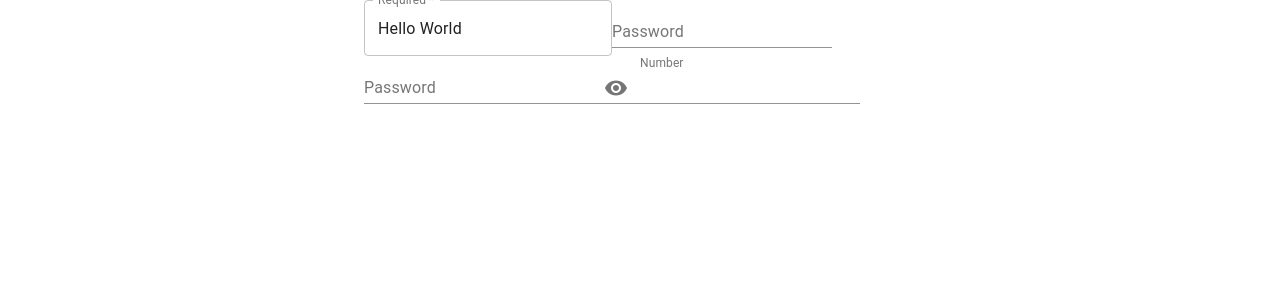
Repository: 0101chaitanya/html-forms
Page: /
These files come from the project's save history. The page is drawn as it stood at one moment and after a run of saves; the edit follows.
The browser window is 1280 px wide. The pictures show the whole page.
The project was rebuilt for these pictures with package versions that can differ from the ones it lists, and the page was loaded fresh each time. Also part of the build but not shown: src/App.css.

Above is the page before, as saved 2021-08-14 13:48:18.

### src/App.js
import { Container, ThemeProvider } from "@material-ui/core";

import { BrowserRouter, Switch, Route } from "react-router-dom";

import Layout from "./components/Layout";
import Form from "./components/Form";
import "./App.css";

function App() {
  console.log("hi");
  return (
    <Container maxWidth="sm">
      <Layout />
      <Form />
    </Container>
  );
}

export default App;

### src/components/Layout.js
const Layout = (props) => {
  return <div></div>;
};
export default Layout;

### src/components/Form.js
import {
  TextField,
  FormControl,
  InputAdornment,
  InputLabel,
  Input,
  IconButton,
} from "@material-ui/core";
import { Visibility, VisibilityOff } from "@material-ui/icons";

import { createStore } from "redux";

function counterReducer(state = { value: 0 }, action) {
  switch (action.type) {
    case "counter/incremented":
      return {
        value: state.value + 1,
      };
    case "counter/decremented":
      return { value: state.value - 1 };
    default:
      return state;
  }
}

/* const useStyles = makeStyles({
  root: {},
});
 */ let store = createStore(counterReducer);
store.subscribe(() => console.log(store.getState()));
const Form = (props) => {
  //  const classes = useStyles();
  return (
    <div>
      <form
        //className={classes.root}
        noValidate
        autoComplete="off"
      >
        <TextField
          id="outlined-basic"
          label="Required"
          required
          variant="outlined"
          defaultValue="Hello World"
        />
        <TextField
          id="standard-password-input"
          label="Password"
          type="password"
          autoComplete="current-password"
        />
        <FormControl className="">
          <InputLabel htmlFor="standard-adornment-password">
            Password
          </InputLabel>
          <Input
            id="standard-adornment-password"
            //type={values.showPassword ? "text" : "password"}
            //value={values.password}
            //onChange=""
            endAdornment={
              <InputAdornment position="end">
                <IconButton
                  aria-label="toggle password visibility"
                  //onClick={handleClickShowPassword}
                  //onMouseDown={handleMouseDownPassword}
                >
                  {true ? <Visibility /> : <VisibilityOff />}
                </IconButton>
              </InputAdornment>
            }
          />
        </FormControl>
        <TextField
          id="standard-number"
          label="Number"
          type="number"
          InputLabelProps={{
            shrink: true,
          }}
        />
      </form>
    </div>
  );
};
export default Form;

Loaded but not shown: public/index.html (common file); src/index.js (common file); src/index.css (common file); src/reportWebVitals.js (common file)

After the next 2 saves:
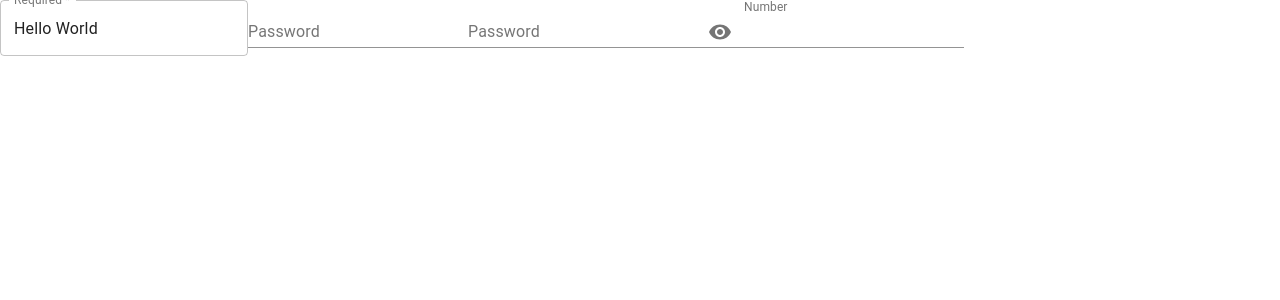
The 2 saves are shown as one change because 1 did not build or start.
The last was saved 9 min 31 s later.
--- a/src/App.js
+++ b/src/App.js
@@ -1,4 +1,4 @@
-import { Container, ThemeProvider } from "@material-ui/core";
+import { Container, createTheme, ThemeProvider } from "@material-ui/core";
 
 import { BrowserRouter, Switch, Route } from "react-router-dom";
 
@@ -9,10 +9,10 @@ import "./App.css";
 function App() {
   console.log("hi");
   return (
-    <Container maxWidth="sm">
+    <ThemeProvider>
       <Layout />
       <Form />
-    </Container>
+    </ThemeProvider>
   );
 }
 
